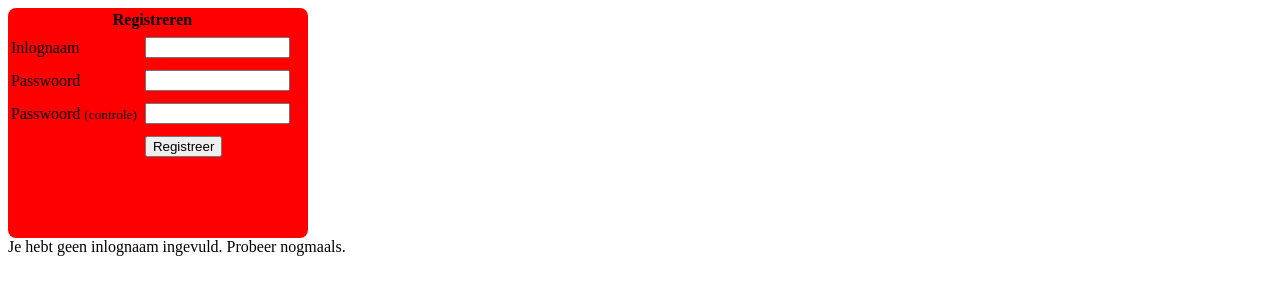
Repository: Julian-4A5A/php-p4
Page: http://localhost/Week1/register.php
The author's editor kept a record of every edit. The page is drawn from the files as they stood at one moment, then again after the next edit.
The browser window is 1280 px wide. The pictures show the whole page.
The page is run by PHP 8.4 with error messages shown; the project is at /var/www/html/.

Above is the page before.

After the next edit:
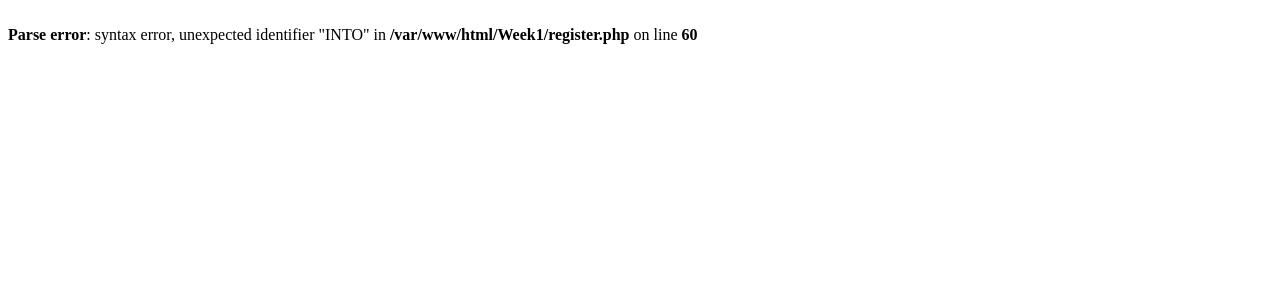
The edit:
--- a/workspace/Week1/register.php
+++ b/workspace/Week1/register.php
@@ -57,8 +57,11 @@
                         $Gebruikersnaam = $_POST['Gebruikersnaam'];
                         $Wachtwoord = $_POST['Wachtwoord'];
 
-                        //INSERT INTO Gebruiker('Gebruikersnaam', 'Wachtwoord') VALUES ($Gebruikersnaam,$Wachtwoord )
-
+                        INSERT INTO Gebruiker('Gebruikersnaam', 'Wachtwoord') VALUES ("'$Gebruikersnaam','$Wachtwoord'  ")
+                        $Toevoegen = "INSERT INTO cijfer
+                                (vak, leerlingnaam, Cijfer)
+                                VALUES ('$Vak', '$Naam' , $Cijfers)";
+                                $conn->exec($Toevoegen);
                         echo "<a href='login.php'><button>Ga verder</button></a>";
 
                 }

After the edit that followed:
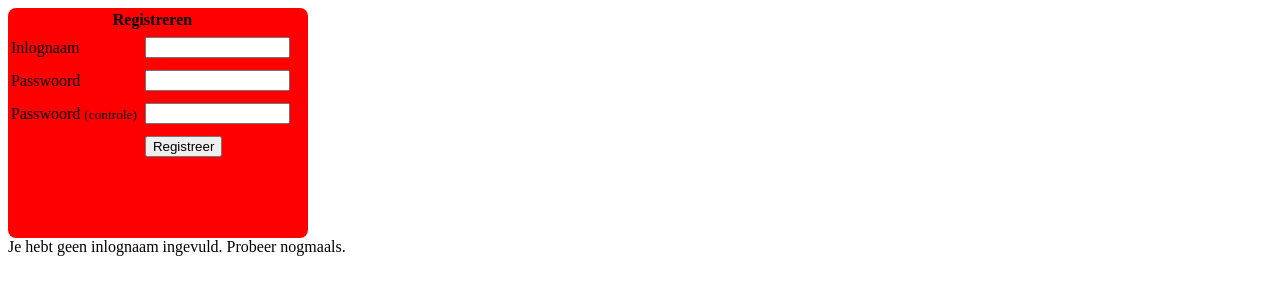
The edit:
--- a/workspace/Week1/register.php
+++ b/workspace/Week1/register.php
@@ -57,11 +57,8 @@
                         $Gebruikersnaam = $_POST['Gebruikersnaam'];
                         $Wachtwoord = $_POST['Wachtwoord'];
 
-                        INSERT INTO Gebruiker('Gebruikersnaam', 'Wachtwoord') VALUES ("'$Gebruikersnaam','$Wachtwoord'  ")
-                        $Toevoegen = "INSERT INTO cijfer
-                                (vak, leerlingnaam, Cijfer)
-                                VALUES ('$Vak', '$Naam' , $Cijfers)";
-                                $conn->exec($Toevoegen);
+                       $Toevoegen= "INSERT INTO Gebruiker(Gebruikersnaam, Wachtwoord) VALUES ('$Gebruikersnaam','$Wachtwoord'  )";
+
                         echo "<a href='login.php'><button>Ga verder</button></a>";
 
                 }
